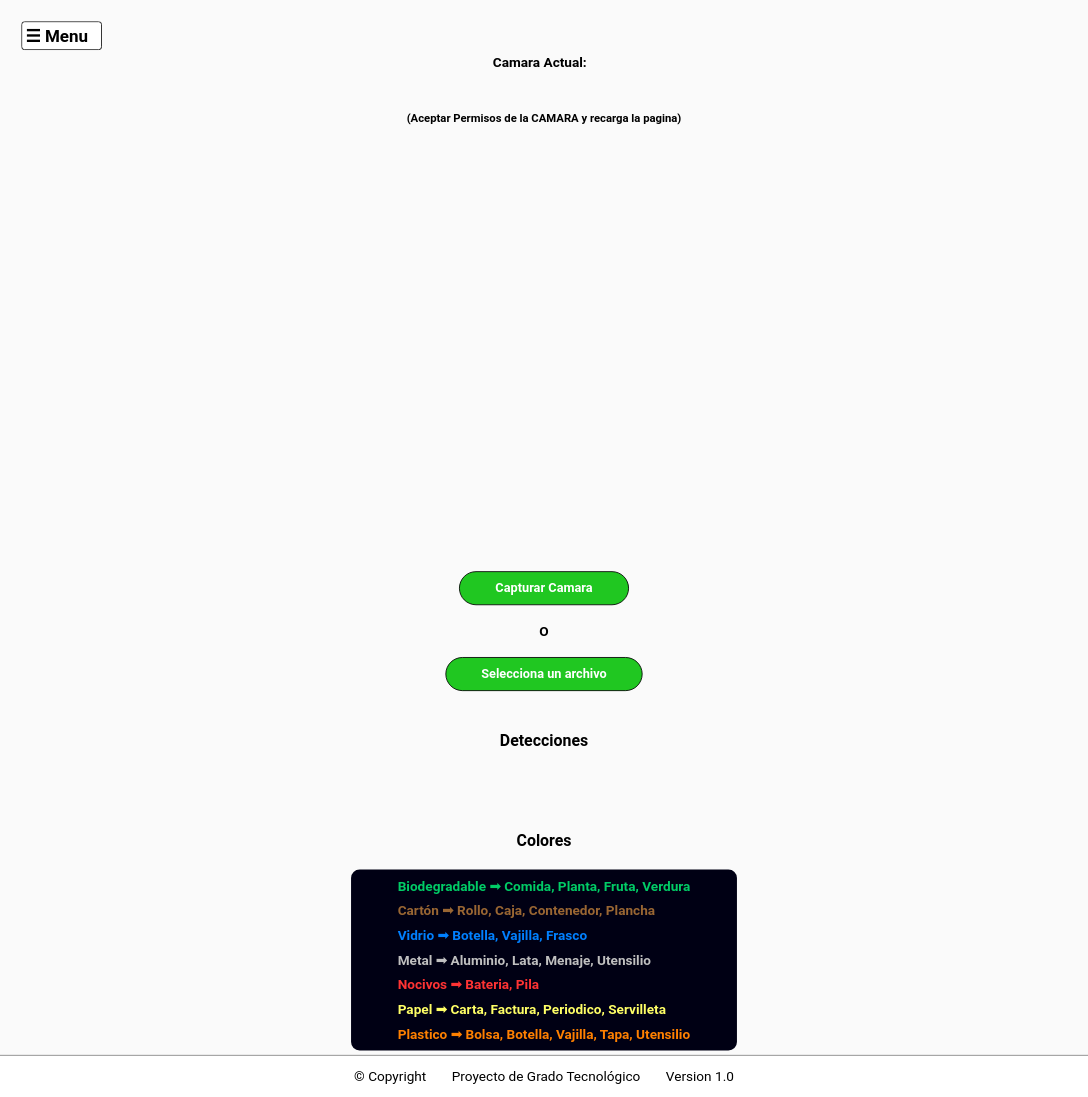
Repository: castecabas/Recicladora
Page: http://localhost/model
These files come from the project's save history. The page is drawn as it stood at one moment and after the next save; the edit follows.
The browser window is 1280 px wide. The pictures show the whole page, at 85% of full size.
Pictures or frames that could not be fetched are drawn as grey boxes. The page is served by the project's application, run on Flask 3 (src/index.py). Other server files are loaded and not shown.

Above is the page before, as saved 2025-01-03 20:23:57.

### src/templates/model.html
<!DOCTYPE html>
<html lang="en">

<head>
    <meta charset="UTF-8">
    <meta name="viewport" content="width=device-width, initial-scale=1.0">
    <title>Clasificador</title>
    <link rel="stylesheet" href="{{ url_for('static', filename='css/default.css') }}">
    <link rel="stylesheet" href="{{ url_for('static', filename='css/model.css') }}">
    <link rel="shortcut icon" href="https://i.postimg.cc/gk7MpWkm/logo.webp" />
</head>

<body>
    <span class="btn_openmenu" onclick="openNav()">&#9776; Menu</span><br><br>
    <nav class="aside" id="aside">
        <div class="overlay"></div>
        <img class="aside_logo" src="https://i.postimg.cc/gk7MpWkm/logo.webp" alt="Logo de la Empresa">
        <h1 style="text-decoration: underline;">Opciones</h1>

        <label for="confidenceThreshold">
            <span class="tooltip-container">
                <img class="logo_x"
                    src="https://images.vexels.com/media/users/3/152347/isolated/preview/27304b9b14ce9bd8a28ca637ed92070e-icono-de-signo-de-interrogacion-de-circulo-azul.png"
                    alt="Simbolo de Ayuda">
                <span class="tooltip-text">Es la probabilidad que determina en las predicciones,si es alto es más
                    confiable, aunque puede omitir objetos al no cumplir dicho porcentaje. Si es bajo, será menos
                    confiable, pero detectará aún más.</span>
            </span>
            Umbral de Confianza:
        </label>
        <input type="range" id="confidenceThreshold" min="0.1" max="0.9" step="0.01" value="0.5">
        <span id="confidenceValue" >0.5</span>

        <label for="SwitchCamera">Camara</label>
        <button id="switchCameraBtn">Cambiar de dispositivo</button>
        <br>
        <label class="nav-link-aside" for="darkModeToggle"><input type="checkbox" class="btn_darkmode"
                id="darkModeToggle" hidden>
            Modo Oscuro</label>
        <a href="javascript:void(0)" class="closebtn" onclick="closeNav()">Cerrar Menú</a>
        <a href="{{ url_for('index') }}" class="nav-link">Ir a Inicio</a>
    </nav>

    <div class="container">
        <main>
            <div>
                <div>
                    <p>Camara Actual: <span id="currentCamera"></span></p>
                        <h5>(Aceptar Permisos de la CAMARA y recarga la pagina)</h5>
                    <video id="video" width="640" height="480" autoplay></video><br>
                    <button id="captureBtn">Capturar Camara</button>
                    <p>O</p>
                    <input type="file" id="fileInput" hidden accept="image/*,video/*">
                    <label for="fileInput" id="fileinputlabel">Selecciona un archivo</label>
                </div>
                <br>
                <img id="resultImage" alt="">
            </div>
            <canvas id="canvas" width="640" height="480" style="display:none;"></canvas>
            <div>
                <h3>Detecciones</h3>
                <ul id="detectionsList"></ul>
            </div>
            <div class="colors">
                <h3>Colores</h3>
                <ul>
                    <li class="bio">Biodegradable &#10143; Comida, Planta, Fruta, Verdura</li>
                    <li class="cardb">Cartón &#10143; Rollo, Caja, Contenedor, Plancha</li>
                    <li class="glass">Vidrio &#10143; Botella, Vajilla, Frasco</li>
                    <li class="metal">Metal &#10143; Aluminio, Lata, Menaje, Utensilio</li>
                    <li class="noxios">Nocivos &#10143; Bateria, Pila</li>
                    <li class="paper">Papel &#10143; Carta, Factura, Periodico, Servilleta</li>
                    <li class="plastic">Plastico &#10143; Bolsa, Botella, Vajilla, Tapa, Utensilio</li>
                </ul>
            </div>
        </main>
        {% include 'components/footer.html' %}
    </div>
    <script src="{{ url_for('static', filename='js/model.js') }}"></script>
    <script src="{{ url_for('static', filename='js/dark_mode.js') }}"></script>
</body>

</html>

### src/templates/components/footer.html
<footer class="footer">
    <style>
        .footer {
            width: 100%;
            background-color: white;
            text-align: center;
            padding: 15px;
            box-sizing: border-box;
            position: relative;
            bottom: 0;
            font-family: 'Roboto', sans-serif;
            border-top: 1px solid gray;
            margin-top: auto;
        }

        .footer ul {
            list-style: none;
            padding: 0;
            margin: 0;
            display: flex;
            flex-direction: column;
            align-items: center;
        }

        .footer ul li {
            text-decoration: none;
            margin: 5px 0;
        }

        @media (min-width: 600px) {
            .footer ul {
                flex-direction: row;
                justify-content: center;
            }

            .footer ul li {
                margin: 0 15px;
            }
        }

        /* MODO OSCURO */
        body.dark-mode footer{
            background: rgb(29, 0, 28);
            background: linear-gradient(90deg, rgba(29, 0, 28, 1) 0%, rgba(11, 0, 34, 1) 8%, rgba(0, 0, 22, 1) 100%);
            border-top: 1px solid #686868;
            transition: all 0.3s ease-in;
        }

        body.dark-mode footer li{
            color: white;
        }
    </style>

    <ul>
        <li>© Copyright</li>
        <li>Proyecto de Grado Tecnológico</li>
        <li>Version 1.0</li>
    </ul>

</footer>

### src/index.py
from flask import Flask, render_template, Response, request, jsonify
from yolo_model import YOLOModel
from camera import Camera
import cv2
import numpy as np
import base64

app = Flask(__name__)

yolo_model = YOLOModel('src/model/best.pt')
camera = Camera()

# RUTAS
@app.route('/')
@app.route('/home')
@app.route('/index')
def index():
    return render_template('index.html')

@app.route('/about')
def about():
    return render_template('about.html')

@app.route('/learn')
def learn():
    return render_template('learn.html')

@app.route('/model')
def model():
    return render_template('model.html')

@app.route('/news')
def news():
    return render_template('news.html')

@app.route('/recycle')
def recycle():
    return render_template('recycle.html')

# FUNCIONES

    #NOTE: obtener las camaras
@app.route('/get_cameras')
def get_cameras():
    return jsonify(camera.get_camera_list())

    #NOTE: cambiar camara
@app.route('/switch_camera/<int:camera_id>')
def switch_camera(camera_id):
    camera.select_camera(camera_id)
    return "OK"

    #NOTE: detectar dicha imagen
@app.route('/detect', methods=['POST'])
def detect():
    try:
        if 'file' not in request.files:
            return jsonify({'error': 'No file part'}), 400

        file = request.files['file']
        confidence = float(request.form.get('confidence', 0.25))

        # Lee la imagen del archivo
        npimg = np.fromfile(file, np.uint8)
        img = cv2.imdecode(npimg, cv2.IMREAD_COLOR)

        # Detecta objetos usando el modelo YOLO
        results = yolo_model.detect(img, conf_threshold=confidence)
        if results is None:
            return jsonify({'error': 'No detections returned from model'}), 500

        # Dibuja los cuadros de detección en la imagen
        processed_img = yolo_model.draw_boxes(img, results)

        # Codifica la imagen procesada en base64 para enviar al cliente
        _, buffer = cv2.imencode('.jpg', processed_img)
        img_base64 = base64.b64encode(buffer).decode('utf-8')

        return jsonify({
            'image': f'data:[embedded picture, 35 characters]',
            'detections': results
        })
    except Exception as e:
        print(f"Error during detection: {e}")
        return jsonify({'error': str(e)}), 500

# EJECUCION
if __name__ == '__main__':
    app.run(debug=True)

### src/static/css/default.css
:root{
    --blanco-pagina:#fafafa;
    --overlay-intensidad:rgba(0,0,0,0.65);

    --verde-50:#f1fdf0;
    --verde-100:#ddfcdc;
    --verde-200:#baf8ba;
    --verde-300:#72ee72;
    --verde-400:#48e049;
    --verde-500:#20c721;
    --verde-600:#14a516;
    --verde-700:#148116;
    --verde-800:#156617;
    --verde-900:#135415;
    --negro-950:#052e07;

    /* MODO OSCURO PALETA*/
    --dark-blue:#000014;
}

* {
    font-family: "Roboto", sans-serif;
  }

### src/static/css/model.css
html,
body {

    margin: 0;
    padding: 0;

    background-color: var(--blanco-pagina);
    display: flex;
    flex-direction: column;
    min-height: 100vh;
    transition: all 0.5s ease;
}

main {
    max-height: auto;
}

.btn_openmenu {
    font-size: 20px;
    cursor: pointer;
    position: fixed;
    background-color: white;
    border-radius: 4px;
    border: 1px solid black;
    margin: 25px;
    padding: 4px;
    padding-right: 15px;
    z-index: 100;
    font-weight: 600;
}

.btn_openmenu:hover {
    background-color: #d1d1d1;
}

.container {
    display: flex;
    flex-direction: column;
    min-height: 100vh;
    width: 100%;
    /* Asegura que ocupe todo el ancho */
    align-items: center;
    margin: 0;
    box-sizing: border-box;
}

main div {
    display: flex;
    flex-direction: column;
    align-items: center;
    justify-content: center;
    flex-grow: 1;
    width: 100%;
    max-width: 800px;
    box-sizing: border-box;
}

main div * {
    padding: 5px;
}

main div p {
    font-weight: bold;
}

main div #video {
    border-radius: 20px;
    max-width: 640px;
    width: 100%;
    max-height: 700px;
    aspect-ratio: 4/3;
    padding: 0;
}

@media(max-width:320px){
    main div #video{

    }
}

main div #resultImage {
    border-radius: 20px;
    max-width: 640px;
    width: 100%;
    max-height: 740px;
    padding: 0;
    border: 0px;
    box-shadow: 10px 10px 15px rgba(0, 0, 0, 0.5);
}

@media(max-width:638px) {
    main div #resultImage {
        border-radius: 0;
        box-shadow: none;
    }

}

main div #captureBtn,
main div #fileinputlabel {
    border-radius: 20px;
    background-color: var(--verde-500);
    color: white;
    font-weight: bold;
    padding: 10px 15px 10px 15px;
    border: 1px solid black;
    width: 200px;
    text-align: center;
    font-size: 15px;
}

main div #captureBtn:hover,
main div #fileInput:hover {
    background-color: var(--verde-600);
    cursor: pointer;
}

main div ul#detectionsList {
    overflow-y: auto;
    max-height: 200px;
    width: 90vw;
    max-width: 634px;

}

main div ul#detectionsList li {
    font-size: large;
}


.aside {
    background: url(https://i.postimg.cc/8kbKKzK0/model-aside.webp);
    background-repeat: no-repeat;
    background-size: cover;
    height: 100%;
    width: 0;
    position: fixed;
    z-index: 100;
    top: 0;
    left: 0;
    background-color: var(--negro-950);
    overflow-x: hidden;
    transition: 0.5s;
    justify-content: center;
    color: white;
    display: flex;
    flex-direction: column;
    text-align: center;
    align-items: center;
}

.aside * {
    margin: 5px 20px 5px 20px;
    font-weight: bold;
    z-index: 102;
    padding: 8px;
    color: var(--verde-500);
}

.aside .overlay {
    position: absolute;
    margin: 0;
    top: 0;
    left: 0;
    right: 0;
    bottom: 0;
    background-color: var(--overlay-intensidad);
    z-index: 101;
}

.aside img.aside_logo {
    aspect-ratio: 1/1;
    max-width: 100px;
}

@media(max-height:850px) {
    .aside img.aside_logo {
        display: none;
    }
}


.aside h1 {
    color: var(--verde-500);
}

.aside .closebtn {
    text-decoration: none;
    color: var(--verde-600);
    border-radius: 4px;
    padding: 10px 15px 10px 15px;
    border: 1px solid var(--verde-600);
    width: 134px;
}

.aside .closebtn:hover {
   color: var(--verde-700);
   border: 1px solid var(--verde-700);
}

.aside .logo_x {
    position: relative;
    padding: 0 8px 0 0;
    margin: 0px;
    aspect-ratio: 1/1;
    height: 20px;
    cursor: pointer;
}


/* Estilos del contenedor del tooltip */
.tooltip-container {
    position: relative;
    display: inline-block;
    padding: 0;
    margin: 0;
}

/* Ocultar el tooltip por defecto */
.tooltip-text {
    opacity: 0;
    /* Oculto por defecto */
    width: 135px;
    background-color: #2ea664;
    color: var(--verde-50);
    text-align: center;
    font-size: small;
    padding: 5px;
    border-radius: 5px;
    position: absolute;
    top: -120px;
    /* Ajusta la posición para que esté sobre la imagen */
    left: 50%;
    transform: translateX(-25%);
    transition: opacity 0.3s ease-in-out;

    /* Transición suave */
    z-index: 9000;
}

/* Flecha del tooltip */
.tooltip-text::after {
    content: "";
    position: absolute;
    bottom: -5px;
    /* Flecha debajo del tooltip */
    left: 50%;
    transform: translateX(-50%);
    border-width: 5px;
    border-style: solid;
    border-color: #333 transparent transparent transparent;
}

/* Mostrar el tooltip al pasar el ratón sobre la imagen */
.tooltip-container:active .tooltip-text,
.tooltip-container:hover .tooltip-text {
    opacity: 1;
    animation: hideTooltip 18s forwards;
    /* Inicia la animación para ocultarlo después de 3 segundos */
}

/* Animación para ocultar el tooltip */
@keyframes hideTooltip {
    0% {
        opacity: 1;
    }

    90% {
        opacity: 1;
    }

    100% {
        opacity: 0;
    }
}


.aside #confidenceThreshold {
    accent-color: var(--verde-500);
    background-color: white;
    cursor:grab;
}

.aside #confidenceValue{
    color: var(--verde-100)
}

.aside .colors li {
    list-style: none;
}


.aside #switchCameraBtn {
    border-radius: 4px;
    background-color: var(--verde-500);
    color: white;
    border: 1px solid black;
}

.aside #switchCameraBtn:hover {
    background-color: var(--verde-600);
    cursor: pointer;
}

.aside .nav-link-aside {
    text-decoration: none;
    color: white;
    background-color: none;
    border-radius: 4px;
    max-width: 75vw;
    padding: 10px 15px 10px 15px;
    border: 1px solid black;
    width: 134px;
    font-size: large;
}

.aside .nav-link{
    text-decoration: none;
    color: var(--verde-50);
    background-color: none;
    border-radius: 4px;
    max-width: 75vw;
    padding: 10px 15px 10px 15px;
    width: 134px;
    font-size: medium;
}


.aside .nav-link:hover {
    color: var(--verde-100);

}

.aside .nav-link-aside {
    color: var(--verde-500);
   border: 1px solid var(--verde-500);
    font-size: medium;
}

.aside .nav-link-aside:hover {
    color: var(--verde-600);
   border: 1px solid var(--verde-600);
    cursor: pointer;
}

label#fileinputlabel:hover {
    cursor: pointer;
    background-color: var(--verde-600);
}

body div.colors {


    padding: 5px;

    label {
        font-weight: bold;
    }

    ul {
        margin: 0;
        padding: 5px 50px 5px 50px;
        border-radius: 10px;
        background: var(--dark-blue);
        max-width: max-content;
        position: relative;
        justify-content: center;

        li {
            list-style-type: none;
            font-weight: 600;
            line-break: anywhere;

        }
    }


    .bio {
        color: #00cc66;
    }

    .cardb {
        color: #996633;
    }

    .glass {
        color: #0080ff;
    }

    .metal {
        color: #c0c0c0;
    }

    .noxios {
        color: #ff3333;
    }

    .paper {
        color: #ffff66;
    }

    .plastic {
        color: #ff8000;
    }
}


/* MODO OSCURO */

body.dark-mode {
    background-color: var(--dark-blue);
}

body.dark-mode h5{
    color:white ;
}

body.dark-mode #video {
    border: 1px outset white;
}

body.dark-mode .container p,
body.dark-mode .container h3 {
    color: white;
}

body.dark-mode .container p,
body.dark-mode .container ul#detectionsList li {
    color: white;
}

body.dark-mode div.colors ul{
    border: 1px solid white;
    border-radius: 10px;
}

### src/static/js/model.js
let currentCameraIndex = 0;
let cameras = [];
const clsname = [
    "Comida", "Planta", "Fruta o Verdura", "Base de Carton", "Caja de Carton",
    "Contenedor de Carton", "Forma de Carton", "Botella de Vidrio", "Vajilla de Vidrio",
    "Fragmentos de Vidrio", "Frasco de Vidrio", "Jarra de Vidrio", "Aluminio",
    "Contenedor Metalico", "Latas de Alimento", "Menaje Metalico", "Metal Menor",
    "Utensilio Metalico", "Bateria o Pila", "Carta de Papel", "Recibo o Factura",
    "Periodico o Revista", "Forma de Papel", "Papel de Higiene", "Bolsa de Plastico",
    "Botella de Plastico", "Contenedor de Plastico", "Envase de Plastico",
    "Vajilla de Plastico", "Tapa de Plastico", "Utensilio de Plastico"
  ];
let confidenceThreshold = 0.5;

const parrafo = document.getElementById("confidenceValue");

const valorDecimal = parseFloat(parrafo.textContent);
const valorPorcentaje = valorDecimal * 100;
parrafo.textContent = valorPorcentaje + "%";

document.addEventListener('DOMContentLoaded', function () {
    fetchCameras();

    document.getElementById('switchCameraBtn').addEventListener('click', switchCamera);
    document.getElementById('captureBtn').addEventListener('click', captureAndDetect);
    document.getElementById('fileInput').addEventListener('change', handleFileSelect);

    const confidenceSlider = document.getElementById('confidenceThreshold');
    const confidenceValue = document.getElementById('confidenceValue');

    confidenceSlider.addEventListener('input', function () {
        confidenceThreshold = parseFloat(this.value);
        confidenceValue.textContent = confidenceThreshold.toFixed(2);
        const valorDecimal = parseFloat(parrafo.textContent);
        const valorPorcentaje = valorDecimal * 100;
        parrafo.textContent = valorPorcentaje.toFixed(0) + "%";
    });
});

function fetchCameras() {
    navigator.mediaDevices.enumerateDevices()
        .then(devices => {
            cameras = devices.filter(device => device.kind === 'videoinput');
            updateCurrentCamera();
        })
        .catch(error => {
            console.error('Error enumerating devices:', error);
        });
}

async function switchCamera() {
    currentCameraIndex = (currentCameraIndex + 1) % cameras.length;
    updateCurrentCamera();

    try {
        const stream = await navigator.mediaDevices.getUserMedia({
            video: { deviceId: { ideal: cameras[currentCameraIndex].deviceId } }
        });
        document.getElementById('video').srcObject = stream;
    } catch (error) {
        console.error('Error switching camera:', error);
    }
}

function updateCurrentCamera() {
    const cameraInfo = cameras[currentCameraIndex] ? cameras[currentCameraIndex].label : 'Unknown';
    document.getElementById('currentCamera').textContent = cameraInfo;
}

function captureAndDetect() {
    const video = document.getElementById('video');
    const canvas = document.getElementById('canvas');
    const context = canvas.getContext('2d');

    context.drawImage(video, 0, 0, canvas.width, canvas.height);
    canvas.toBlob(blob => {
        const formData = new FormData();
        formData.append('file', blob, 'capture.jpg');
        formData.append('confidence', confidenceThreshold);
        detectObjects(formData);
    }, 'image/jpeg');
}

function handleFileSelect(event) {
    const file = event.target.files[0];
    const formData = new FormData();
    formData.append('file', file);
    formData.append('confidence', confidenceThreshold);
    detectObjects(formData);
}

function detectObjects(formData) {
    fetch('/detect', {
        method: 'POST',
        body: formData
    })
        .then(response => response.json())
        .then(data => {
            document.getElementById('resultImage').src = data.image;
            updateDetectionsList(data.detections);
        })
        .catch(error => {
            console.error('Error detecting objects:', error);
        });
}

function updateDetectionsList(detections) {
    const list = document.getElementById('detectionsList');
    list.innerHTML = '';
    detections.forEach(detection => {
        const [x1, y1, x2, y2, conf, cls] = detection;
        const li = document.createElement('li');
        li.textContent = `Clase: ${clsname[cls] || 'Desconocido'}, Confianza: ${conf.toFixed(2) * 100} %`;
        list.appendChild(li);
    });
}

async function initializeCamera() {
    try {
        const stream = await navigator.mediaDevices.getUserMedia({ video: true });
        document.getElementById('video').srcObject = stream;
    } catch (error) {
        console.error('Error accessing camera:', error);
    }
}

function openNav() {
    document.getElementById("aside").style.width = "250px";
}

function closeNav() {
    document.getElementById("aside").style.width = "0";
}

initializeCamera();

### src/static/js/dark_mode.js
document.addEventListener("DOMContentLoaded", () => {
    const toggle = document.getElementById("darkModeToggle");
    const darkModeEnabled = localStorage.getItem("darkMode") === "enabled";

    if (darkModeEnabled) {
        document.body.classList.add("dark-mode");
        toggle.checked = true;
    }

    toggle.addEventListener("change", () => {
        if (toggle.checked) {
            document.body.classList.add("dark-mode");
            localStorage.setItem("darkMode", "enabled");
        } else {
            document.body.classList.remove("dark-mode");
            localStorage.setItem("darkMode", "disabled");
        }
    });
});

After the next save:
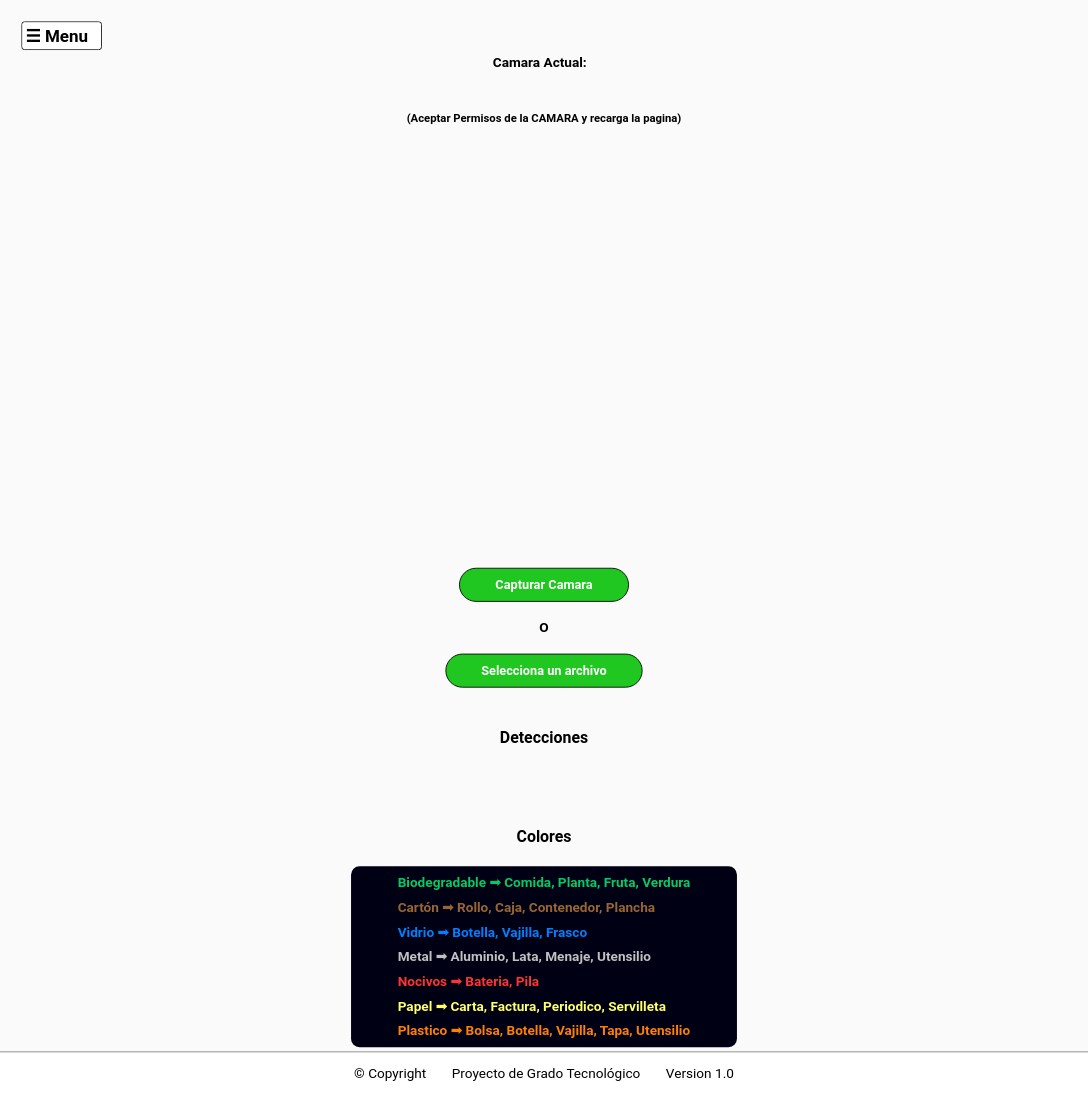
Saved 36 s later.
--- a/src/templates/model.html
+++ b/src/templates/model.html
@@ -47,7 +47,7 @@
                 <div>
                     <p>Camara Actual: <span id="currentCamera"></span></p>
                         <h5>(Aceptar Permisos de la CAMARA y recarga la pagina)</h5>
-                    <video id="video" width="640" height="480" autoplay></video><br>
+                    <video id="video" autoplay></video><br>
                     <button id="captureBtn">Capturar Camara</button>
                     <p>O</p>
                     <input type="file" id="fileInput" hidden accept="image/*,video/*">
